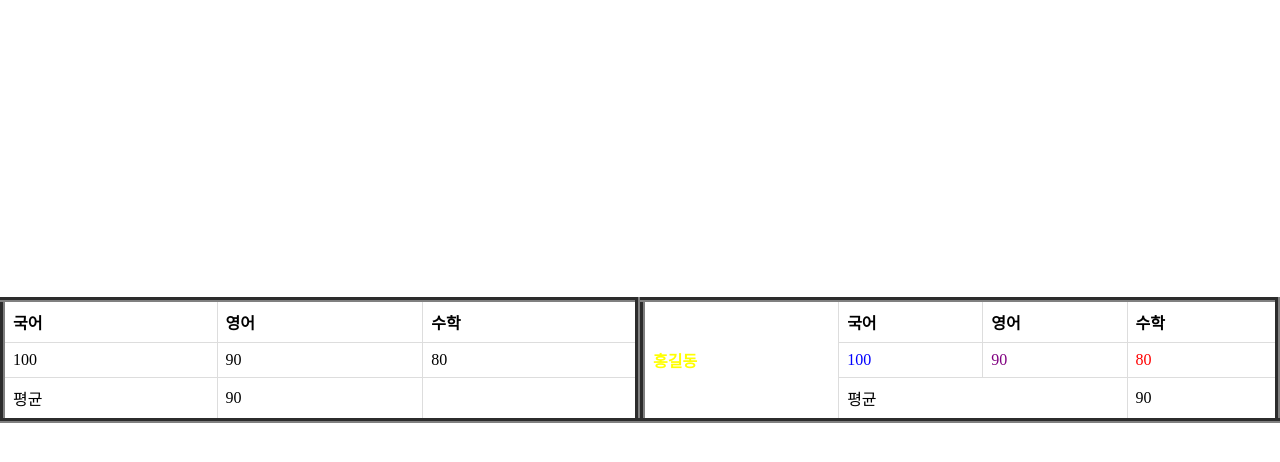
Repository: tjdwlsaos22/TJ_JSP
Page: jsp/HTML/src/main/webapp/Lec04.html
An editor plug-in stored every save of this project. The page is shown before and after the next save, followed by the edit.
The browser window is 1280 px wide. The pictures show the whole page.

Above is the page before, as saved 2024-01-17 03:19:33.

After the next save:
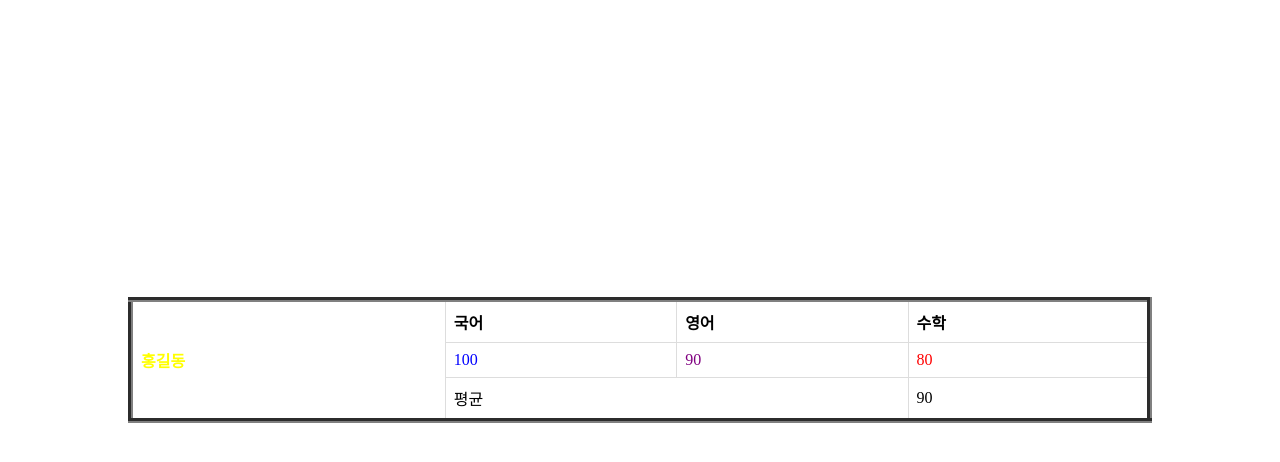
Saved 23 s later.
--- a/jsp/HTML/src/main/webapp/Lec04.html
+++ b/jsp/HTML/src/main/webapp/Lec04.html
@@ -27,23 +27,7 @@
   </style>
 	</head>
 	<body>
-		<table border="5">
-			<tr>
-				<th>국어</th>
-				<th>영어</th>
-				<th>수학</th>
-			</tr>
-			<tr>
-				<td>100</td>
-				<td>90</td>
-				<td>80</td>
-			</tr>
-			<tr>
-				<td colspan="1">평균</td>
-				<td>90</td>
-			</tr>
-		</table>
-		<br>
+
 		<table border="5">
 			<tr>
 				<th rowspan="3"><font color="yellow">홍길동</font></th>
